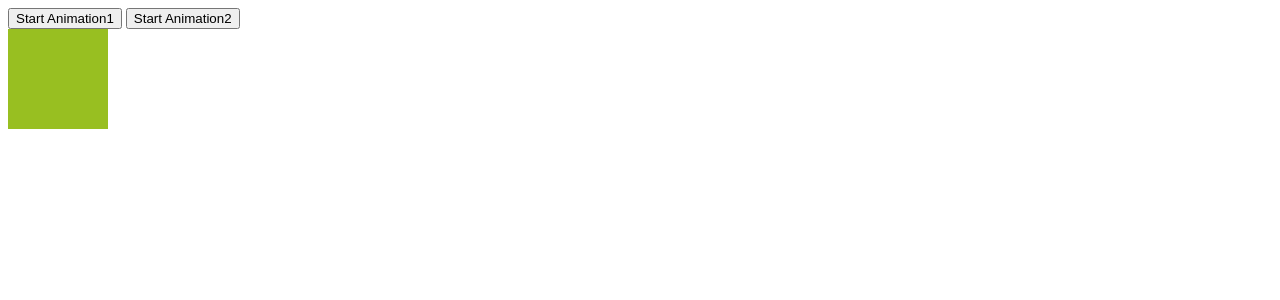
Repository: sudheerj/jQuery
Page: jQueryExamples/chapter05/Clone.html
The author's editor kept a copy of each file at every save. The page is drawn from the files as they stood at one save, then again after a run of saves.
The browser window is 1280 px wide. The pictures show the whole page.

Above is the page before, as saved 2016-10-21 14:46:12.

### jQueryExamples/chapter05/Clone.html
<!DOCTYPE html>
<html>
<head>
	<title>jQuery Animate</title>
	<script type="text/javascript" src="..\jquery\jquery-3.1.1.min.js"></script>
	<script>
$(document).ready(function(){
	 $("#button1").click(function(){
        $("#div1").animate({
            left: '250px',
            height: '+=150px',
            width: '+=150px'
        });
    });

    $("#button2").click(function(){
        var div = $("#div2");
        div.animate({height: '300px', opacity: '0.4'}, "slow");
        div.animate({width: '300px', opacity: '0.8'}, "slow");
        div.animate({height: '100px', opacity: '0.4'}, "slow");
        div.animate({width: '100px', opacity: '0.8'}, "slow");
    });
});
</script>
</head>
<body>

<button id="button1">Start Animation1</button>
<button id="button2">Start Animation2</button>

<div id="div1" style="background:#98bf21;height:100px;width:100px;position:absolute;"></div>
<div id="div2" style="background:#98bf21;height:100px;width:100px;position:absolute;"></div>
</body>
</html>

Loaded but not shown: jQueryExamples/jquery/jquery-3.1.1.min.js (library)

After the next 2 saves:
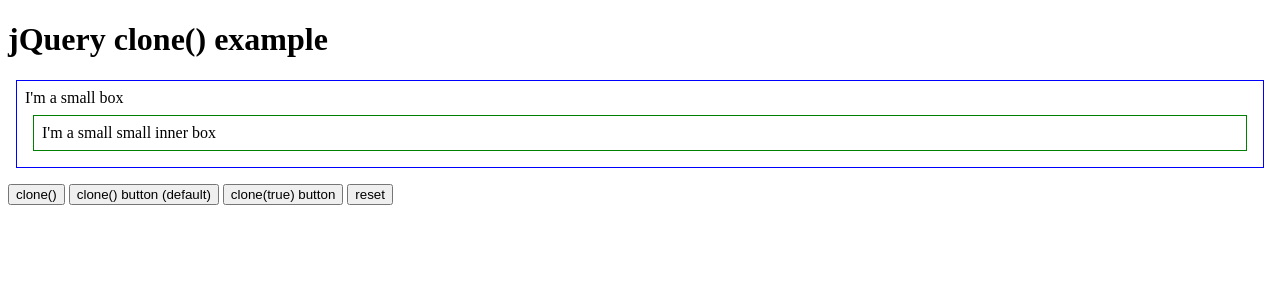
The 2 saves are shown as one change because they came seconds apart.
The last was saved 2 min 9 s later.
--- a/jQueryExamples/chapter05/Clone.html
+++ b/jQueryExamples/chapter05/Clone.html
@@ -1,34 +1,70 @@
 <!DOCTYPE html>
 <html>
-<head>
-	<title>jQuery Animate</title>
-	<script type="text/javascript" src="..\jquery\jquery-3.1.1.min.js"></script>
-	<script>
-$(document).ready(function(){
-	 $("#button1").click(function(){
-        $("#div1").animate({
-            left: '250px',
-            height: '+=150px',
-            width: '+=150px'
-        });
-    });
+	<head>
+		<title>jQuery Animate</title>
+		<script type="text/javascript" src="..\jquery\jquery-3.1.1.min.js"></script>
+		<style type="text/css">
+			.smallBox {
+				padding: 8px;
+				border: 1px solid blue;
+				margin: 8px;
+			}
+			.smallInnerBox {
+				padding: 8px;
+				border: 1px solid green;
+				margin: 8px;
+			}
+		</style>
 
-    $("#button2").click(function(){
-        var div = $("#div2");
-        div.animate({height: '300px', opacity: '0.4'}, "slow");
-        div.animate({width: '300px', opacity: '0.8'}, "slow");
-        div.animate({height: '100px', opacity: '0.4'}, "slow");
-        div.animate({width: '100px', opacity: '0.8'}, "slow");
-    });
-});
-</script>
-</head>
-<body>
+	</head>
+	<body>
+		<h1>jQuery clone() example</h1>
 
-<button id="button1">Start Animation1</button>
-<button id="button2">Start Animation2</button>
+		<div class="smallBox">
+			I'm a small box
+			<div class="smallInnerBox">
+				I'm a small small inner box
+			</div>
+		</div>
 
-<div id="div1" style="background:#98bf21;height:100px;width:100px;position:absolute;"></div>
-<div id="div2" style="background:#98bf21;height:100px;width:100px;position:absolute;"></div>
-</body>
+		<p>
+			<button id="cloneButton1">
+				clone()
+			</button>
+			<button id="cloneButton2">
+				clone() button (default)
+			</button>
+			<button id="cloneButton3">
+				clone(true) button
+			</button>
+			<button id="reset">
+				reset
+			</button>
+		</p>
+
+		<script type="text/javascript">
+			$("#reset").click(function() {
+				location.reload();
+			});
+
+			$("#cloneButton1").click(function() {
+
+				$('.smallBox').clone().insertAfter(".smallBox");
+
+			});
+
+			$("#cloneButton2").click(function() {
+
+				$('#cloneButton1').clone(false).insertAfter("#cloneButton1");
+
+			});
+
+			$("#cloneButton3").click(function() {
+
+				$('#cloneButton1').clone(true).insertAfter("#cloneButton1");
+
+			});
+
+		</script>
+	</body>
 </html>
